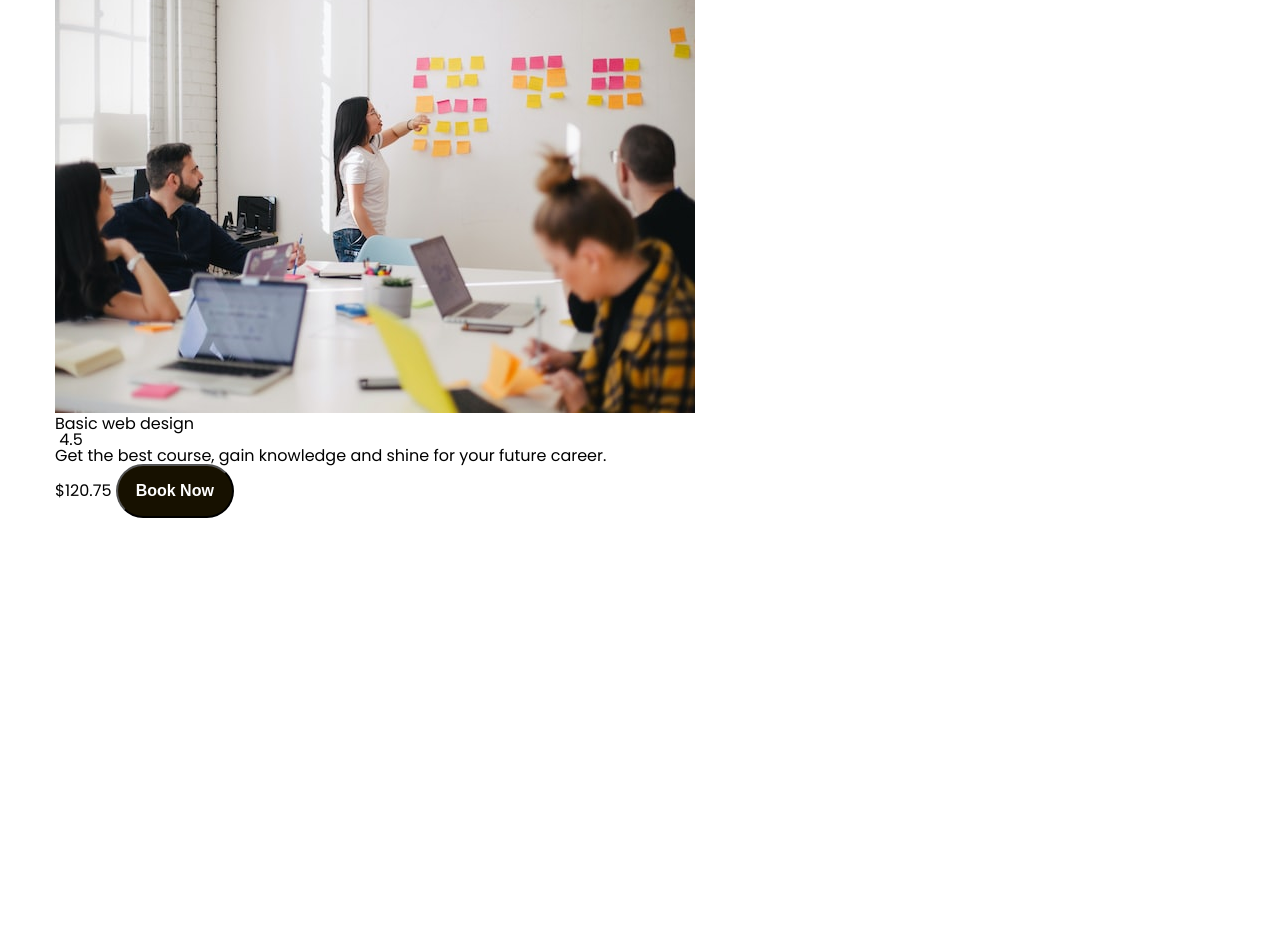
Repository: ynguyen1512/htmlcss-project-02
Page: index.html
An editor plug-in stored every save of this project. The page is shown before and after the next save, followed by the edit.
The browser window is 1280 px wide. The pictures show the part of the page from y = 1238 to 2190 px (the page is 5000 px tall).
A picture or video elsewhere on the page could not be fetched, so the positions and the page height are approximate.

Above is the page before, as saved 2023-02-20 22:41:09.

After the next save:
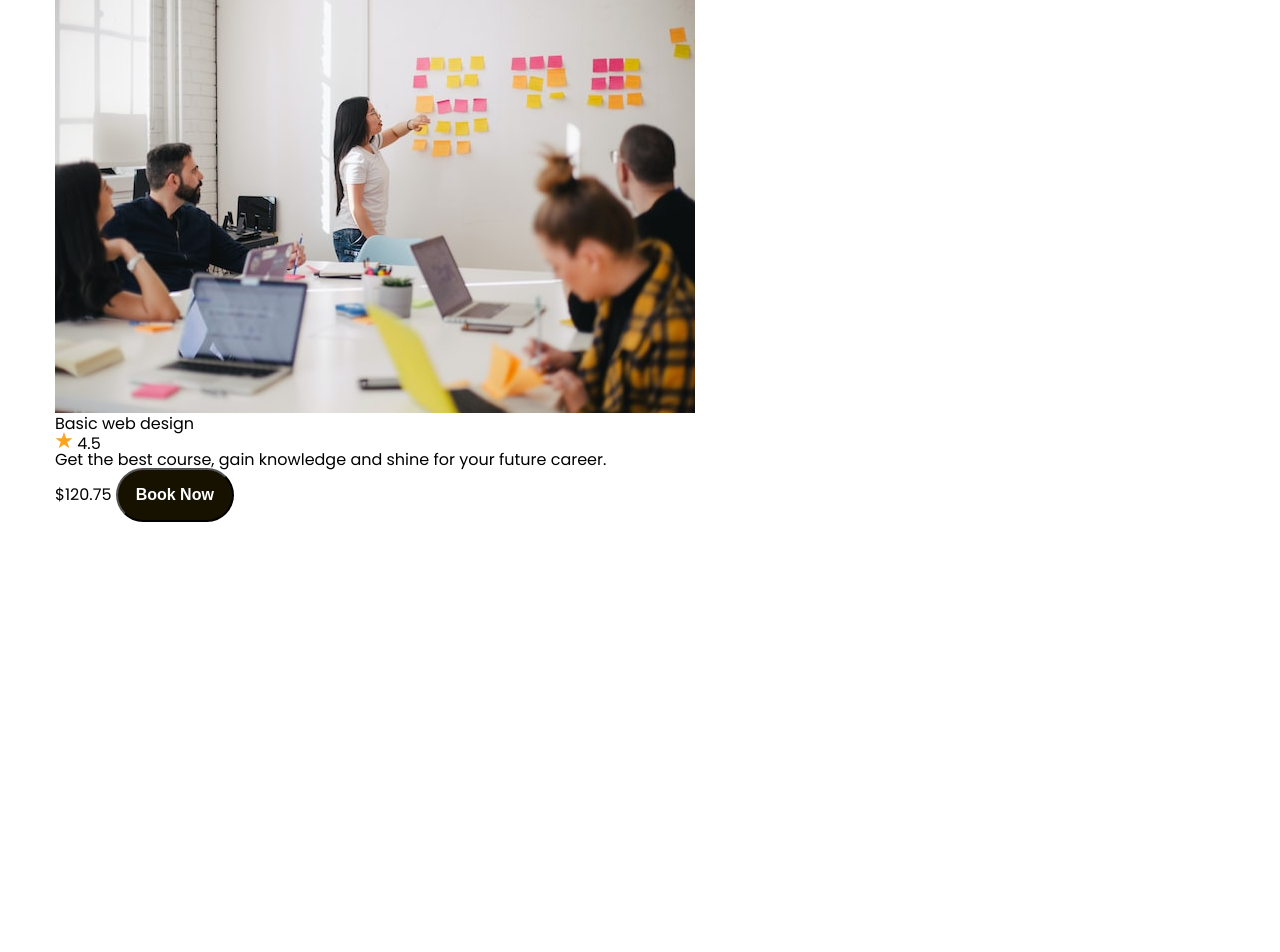
Saved 18 s later.
--- a/index.html
+++ b/index.html
@@ -136,7 +136,7 @@
                             <div class="head">
                                 <h3 class="title">Basic web design</h3>
                                 <div class="rating">
-                                    <img src="" alt="" class="star">
+                                    <img src="./assets/icons/star.svg" alt="" class="star">
                                     <span class="value">4.5</span>
                                 </div>
                             </div>
